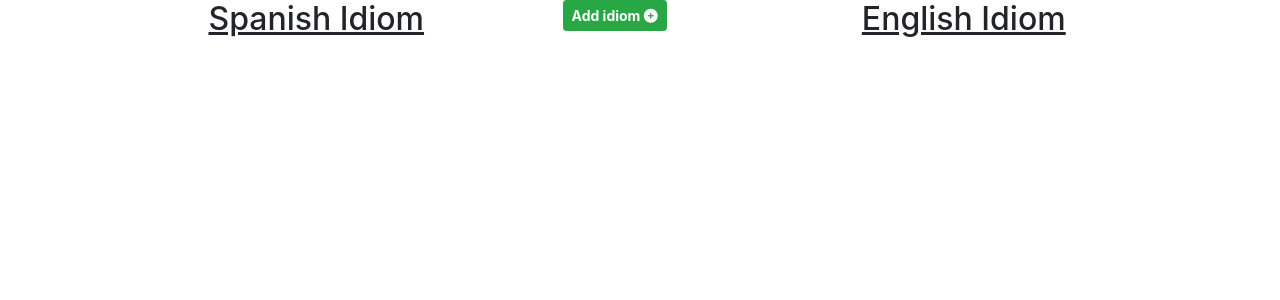
Repository: JK27/idioms-english-spanish
Page: http://localhost/
The author's editor kept a record of every edit. The page is drawn from the files as they stood at one moment, then again after the next edit.
The browser window is 1280 px wide. The pictures show the whole page.
Some web libraries are served in a nearby version. The page is served by the project's application, run on Flask 3 (idioms.py). Queries for data that is not in the repository find no rows.

Above is the page before.
Console error: TypeError: Cannot read properties of undefined (reading 'fn')

After the next edit:
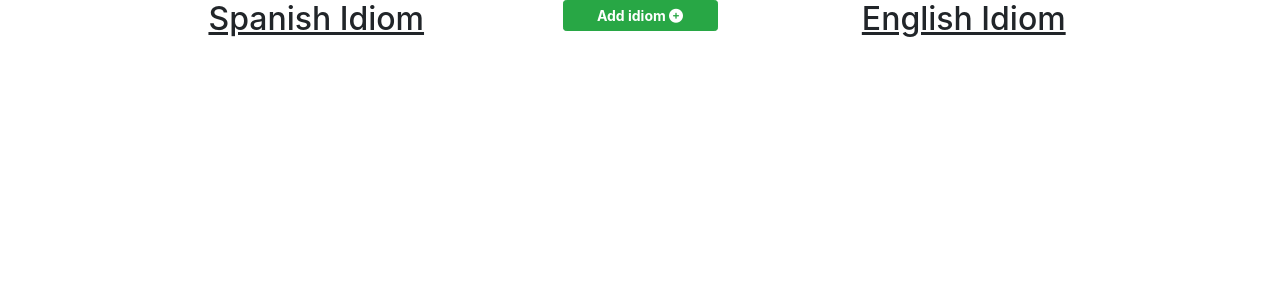
The edit:
--- a/static/css/style.css
+++ b/static/css/style.css
@@ -1,6 +1,10 @@
 h2 {
     text-align: center;
     text-decoration: underline;
+}
+
+.btn-success {
+    width: 100%;
 }
 
 .row {
